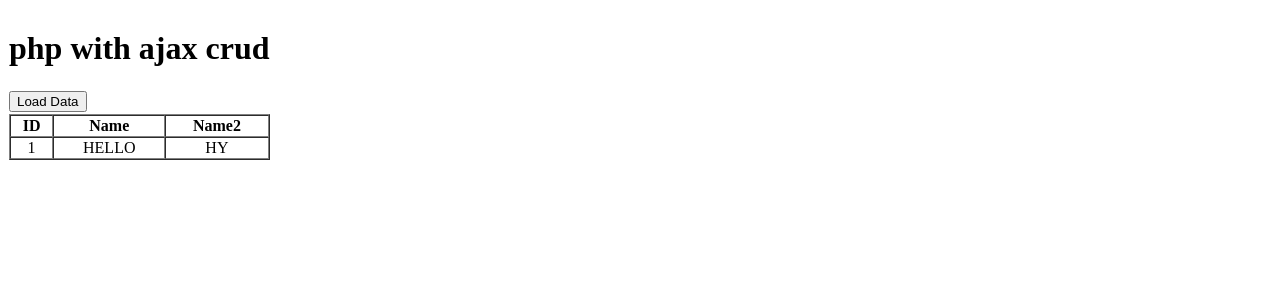
Repository: Tauqeer124/newrepo
Page: http://localhost/showdata.php
The author's editor kept a copy of each file at every save. The page is drawn from the files as they stood at one save, then again after a run of saves.
The browser window is 1280 px wide. The pictures show the whole page.
The page is run by PHP 8.4 with error messages shown; the project is at /var/www/html/.

Above is the page before, as saved 2023-04-28 11:57:44.

After the next 2 saves:
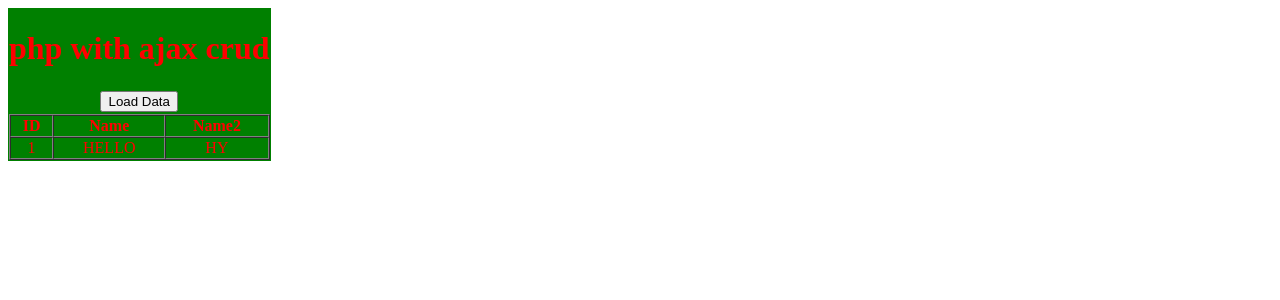
The 2 saves are shown as one change because they came seconds apart.
The last was saved 25 s later.
--- a/showdata.php
+++ b/showdata.php
@@ -3,7 +3,7 @@
     <head>
         <title> ajax example</title>
         <style>
-            .main{
+            #main{
                 text-align: center;
                 color: red;
                 background-color: green;
